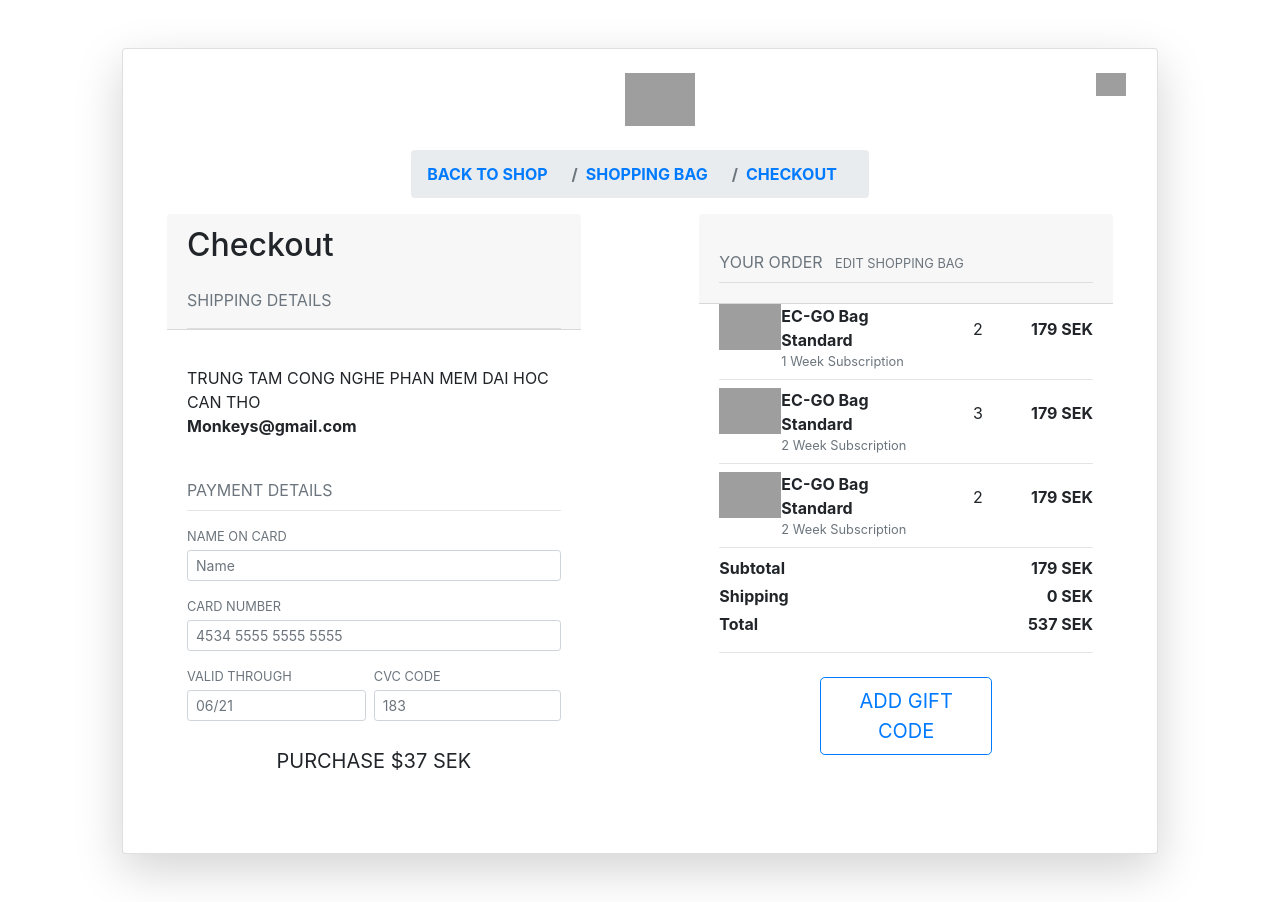
Repository: phamminhkhoa2k4/TechWiz-PlantPalace
Page: views/cart.html
The author's editor kept a copy of each file at every save. The page is drawn from the files as they stood at one save, then again after the next save.
The browser window is 1280 px wide. The pictures show the whole page.
Pictures or frames that could not be fetched are drawn as grey boxes.

Above is the page before, as saved 2023-08-12 18:16:52.

### views/cart.html
<link rel="stylesheet" href="https://stackpath.bootstrapcdn.com/bootstrap/4.3.1/css/bootstrap.min.css">
<div class=" container-fluid my-5 ">
    <div class="row justify-content-center ">
        <div class="col-xl-10">
            <div class="card shadow-lg ">
                <div class="row p-2 mt-3 justify-content-between mx-sm-2">
                    <div class="col">

                    </div>
                    <div class="col">
                        <div class="row justify-content-start ">
                            <div class="col">
                                <img class="irc_mi img-fluid cursor-pointer " src="https://i.imgur.com/jFQo2lD.png"  width="70" height="70" >
                            </div>
                        </div>
                    </div>
                    <div class="col-auto">
                        <img class="irc_mi img-fluid bell" src="https://i.imgur.com/uSHMClk.jpg" width="30" height="30"  >
                    </div>
                </div>
                <div class="row  mx-auto justify-content-center text-center">
                    <div class="col-12 mt-3 ">
                        <nav aria-label="breadcrumb" class="second ">
                            <ol class="breadcrumb indigo lighten-6 first  ">
                                <li class="breadcrumb-item font-weight-bold "><a class="black-text text-uppercase " href="#"><span class="mr-md-3 mr-1">BACK TO SHOP</span></a><i class="fa fa-angle-double-right " aria-hidden="true"></i></li>
                                <li class="breadcrumb-item font-weight-bold"><a class="black-text text-uppercase" href="#"><span class="mr-md-3 mr-1">SHOPPING BAG</span></a><i class="fa fa-angle-double-right text-uppercase " aria-hidden="true"></i></li>
                                <li class="breadcrumb-item font-weight-bold"><a class="black-text text-uppercase active-2" href="#"><span class="mr-md-3 mr-1">CHECKOUT</span></a></li>
                            </ol>
                        </nav>
                    </div>
                </div>

                <div class="row justify-content-around">
                    <div class="col-md-5">
                        <div class="card border-0">
                            <div class="card-header pb-0">
                                <h2 class="card-title space ">Checkout</h2>
                                <p class="card-text text-muted mt-4  space">SHIPPING DETAILS</p>
                                <hr class="my-0">
                            </div>
                            <div class="card-body">
                                <div class="row justify-content-between">
                                    <div class="col-auto mt-0"><p><b></b></p>TRUNG TAM CONG NGHE PHAN MEM DAI HOC CAN THO</div>
                                    <div class="col-auto"><p><b>Monkeys@gmail.com</b> </p></div>
                                </div>
                                <div class="row mt-4">
                                    <div class="col"><p class="text-muted mb-2">PAYMENT DETAILS</p><hr class="mt-0"></div>
                                </div>
                                <div class="form-group">
                                    <label for="NAME" class="small text-muted mb-1">NAME ON CARD</label>
                                    <input type="text" class="form-control form-control-sm" name="NAME" id="NAME" aria-describedby="helpId" placeholder="Name">
                                </div>
                                <div class="form-group">
                                    <label for="NAME" class="small text-muted mb-1">CARD NUMBER</label>
                                    <input type="text" class="form-control form-control-sm" name="NAME" id="NAME" aria-describedby="helpId" placeholder="4534 5555 5555 5555">
                                </div>
                                <div class="row no-gutters">
                                    <div class="col-sm-6 pr-sm-2">
                                        <div class="form-group">
                                            <label for="NAME" class="small text-muted mb-1">VALID THROUGH</label>
                                            <input type="text" class="form-control form-control-sm" name="NAME" id="NAME" aria-describedby="helpId" placeholder="06/21">
                                        </div>
                                    </div>
                                    <div class="col-sm-6">
                                        <div class="form-group">
                                            <label for="NAME" class="small text-muted mb-1">CVC CODE</label>
                                            <input type="text" class="form-control form-control-sm" name="NAME" id="NAME" aria-describedby="helpId" placeholder="183">
                                        </div>
                                    </div>
                                </div>
                                <div class="row mb-md-5">
                                    <div class="col">
                                        <button type="button" name="" id="" class="btn  btn-lg btn-block ">PURCHASE $37 SEK</button>
                                    </div>
                                </div>
                            </div>
                        </div>
                    </div>
                    <div class="col-md-5">
                        <div class="card border-0 ">
                            <div class="card-header card-2">
                                <p class="card-text text-muted mt-md-4  mb-2 space">YOUR ORDER <span class=" small text-muted ml-2 cursor-pointer">EDIT SHOPPING BAG</span> </p>
                                <hr class="my-2">
                            </div>
                            <div class="card-body pt-0">
                                <div class="row  justify-content-between">
                                    <div class="col-auto col-md-7">
                                        <div class="media flex-column flex-sm-row">
                                            <img class=" img-fluid" src="https://i.imgur.com/6oHix28.jpg" width="62" height="62">
                                            <div class="media-body  my-auto">
                                                <div class="row ">
                                                    <div class="col-auto"><p class="mb-0"><b>EC-GO Bag Standard</b></p><small class="text-muted">1 Week Subscription</small></div>
                                                </div>
                                            </div>
                                        </div>
                                    </div>
                                    <div class=" pl-0 flex-sm-col col-auto  my-auto"> <p class="boxed-1">2</p></div>
                                    <div class=" pl-0 flex-sm-col col-auto  my-auto "><p><b>179 SEK</b></p></div>
                                </div>
                                <hr class="my-2">
                                <div class="row  justify-content-between">
                                    <div class="col-auto col-md-7">
                                        <div class="media flex-column flex-sm-row">
                                            <img class=" img-fluid " src="https://i.imgur.com/9MHvALb.jpg" width="62" height="62">
                                            <div class="media-body  my-auto">
                                                <div class="row ">
                                                    <div class="col"><p class="mb-0"><b>EC-GO Bag Standard</b></p><small class="text-muted">2 Week Subscription</small></div>
                                                </div>
                                            </div>
                                        </div>
                                    </div>
                                    <div class="pl-0 flex-sm-col col-auto  my-auto"> <p class="boxed">3</p></div>
                                    <div class="pl-0 flex-sm-col col-auto my-auto"><p><b>179 SEK</b></p></div>
                                </div>
                                <hr class="my-2">
                                <div class="row  justify-content-between">
                                    <div class="col-auto col-md-7">
                                        <div class="media flex-column flex-sm-row">
                                            <img class=" img-fluid " src="https://i.imgur.com/6oHix28.jpg" width="62" height="62">
                                            <div class="media-body  my-auto">
                                                <div class="row ">
                                                    <div class="col"><p class="mb-0"><b>EC-GO Bag Standard</b></p><small class="text-muted">2 Week Subscription</small></div>
                                                </div>
                                            </div>
                                        </div>
                                    </div>
                                    <div class="pl-0 flex-sm-col col-auto  my-auto"> <p class="boxed-1">2</p></div>
                                    <div class="pl-0 flex-sm-col col-auto my-auto"><p><b>179 SEK</b></p></div>
                                </div>
                                <hr class="my-2">
                                <div class="row ">
                                    <div class="col">
                                        <div class="row justify-content-between">
                                            <div class="col-4"><p class="mb-1"><b>Subtotal</b></p></div>
                                            <div class="flex-sm-col col-auto"><p class="mb-1"><b>179 SEK</b></p></div>
                                        </div>
                                        <div class="row justify-content-between">
                                            <div class="col"><p class="mb-1"><b>Shipping</b></p></div>
                                            <div class="flex-sm-col col-auto"><p class="mb-1"><b>0 SEK</b></p></div>
                                        </div>
                                        <div class="row justify-content-between">
                                            <div class="col-4"><p ><b>Total</b></p></div>
                                            <div class="flex-sm-col col-auto"><p  class="mb-1"><b>537 SEK</b></p> </div>
                                        </div><hr class="my-0">
                                    </div>
                                </div>
                                <div class="row mb-5 mt-4 ">
                                    <div class="col-md-7 col-lg-6 mx-auto"><button type="button" class="btn btn-block btn-outline-primary btn-lg">ADD GIFT CODE</button></div>
                                </div>
                            </div>
                        </div>
                    </div>
                </div>
            </div>
        </div>
    </div>
</div>

After the next save:
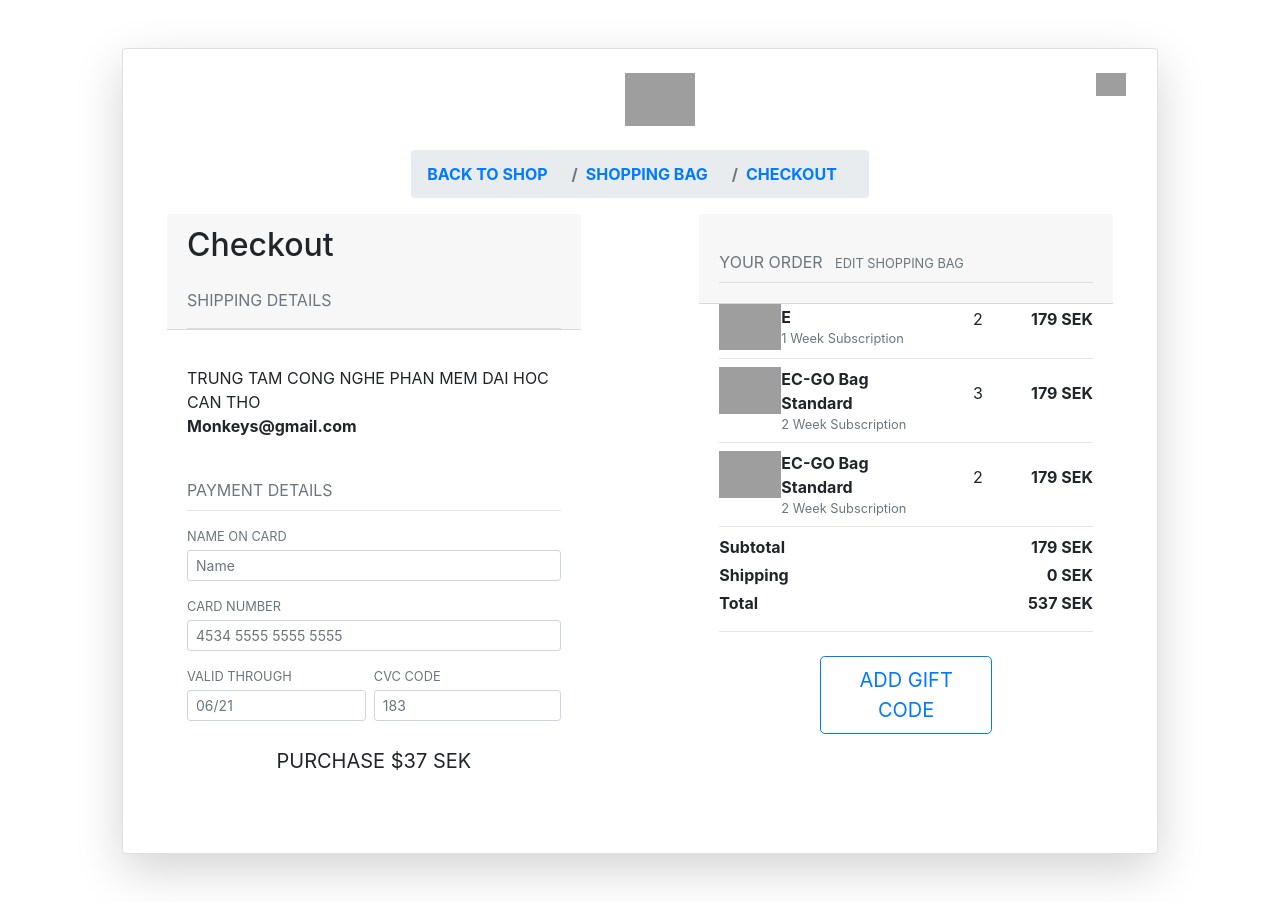
Saved 24 s later.
--- a/views/cart.html
+++ b/views/cart.html
@@ -89,7 +89,7 @@
                                             <img class=" img-fluid" src="https://i.imgur.com/6oHix28.jpg" width="62" height="62">
                                             <div class="media-body  my-auto">
                                                 <div class="row ">
-                                                    <div class="col-auto"><p class="mb-0"><b>EC-GO Bag Standard</b></p><small class="text-muted">1 Week Subscription</small></div>
+                                                    <div class="col-auto"><p class="mb-0"><b>E</b></p><small class="text-muted">1 Week Subscription</small></div>
                                                 </div>
                                             </div>
                                         </div>
